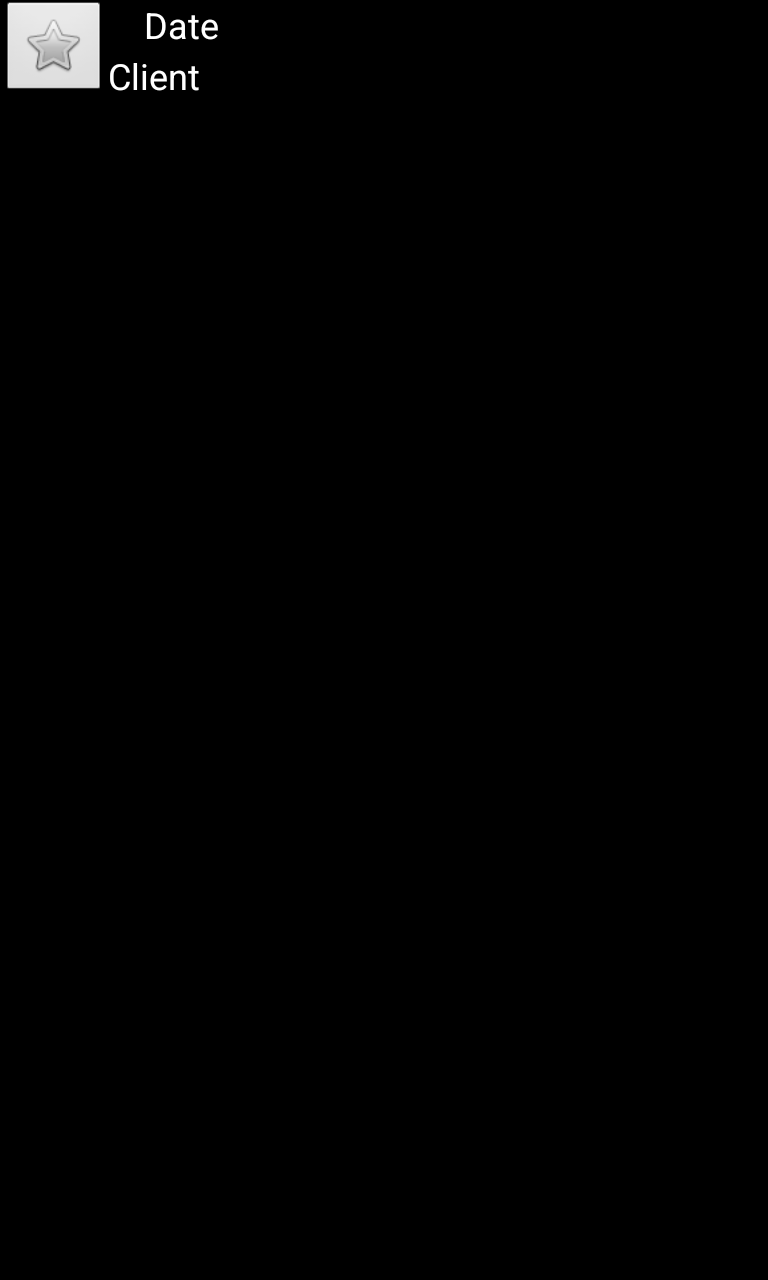
Repository: codingricky/android-expense-it
Layout: expenseit/res/layout/receiptlistrow.xml
The author's editor kept a copy of each file at every save. The layout is drawn from the files as they stood at one save, then again after the next save.
It is drawn on a 768 x 1280 px phone screen (xhdpi) without system bars, with theme android:Theme; the app's code is not run.

Above is the layout before, as saved 2012-05-01 21:06:25.

### expenseit/res/layout/receiptlistrow.xml
<?xml version="1.0" encoding="utf-8"?>
    <RelativeLayout xmlns:android="http://schemas.android.com/apk/res/android"
        android:id="@+id/relativeLayout1"
        android:layout_width="fill_parent"
        android:layout_height="fill_parent" >

        <ImageButton
            android:id="@+id/imageReceiptRow"
            android:layout_width="wrap_content"
            android:layout_height="wrap_content"
            android:layout_alignParentLeft="true"
            android:layout_alignParentTop="true"
            android:src="@android:drawable/btn_star" />

        <TextView
            android:id="@+id/dateReceiptRow"
            android:layout_width="wrap_content"
            android:layout_height="wrap_content"
            android:layout_alignParentTop="true"
            android:layout_marginLeft="18dp"
            android:layout_toRightOf="@+id/imageReceiptRow"
            android:text="Date"
            android:textAppearance="?android:attr/textAppearanceMedium" />

        <TextView
            android:id="@+id/clientReceiptRow"
            android:layout_width="wrap_content"
            android:layout_height="wrap_content"
            android:layout_alignBottom="@+id/imageReceiptRow"
            android:layout_alignLeft="@+id/clientReceiptRow"
                        android:layout_toRightOf="@+id/imageReceiptRow"

            android:text="Client"
            android:textAppearance="?android:attr/textAppearanceMedium" />

    </RelativeLayout>

After the next save:
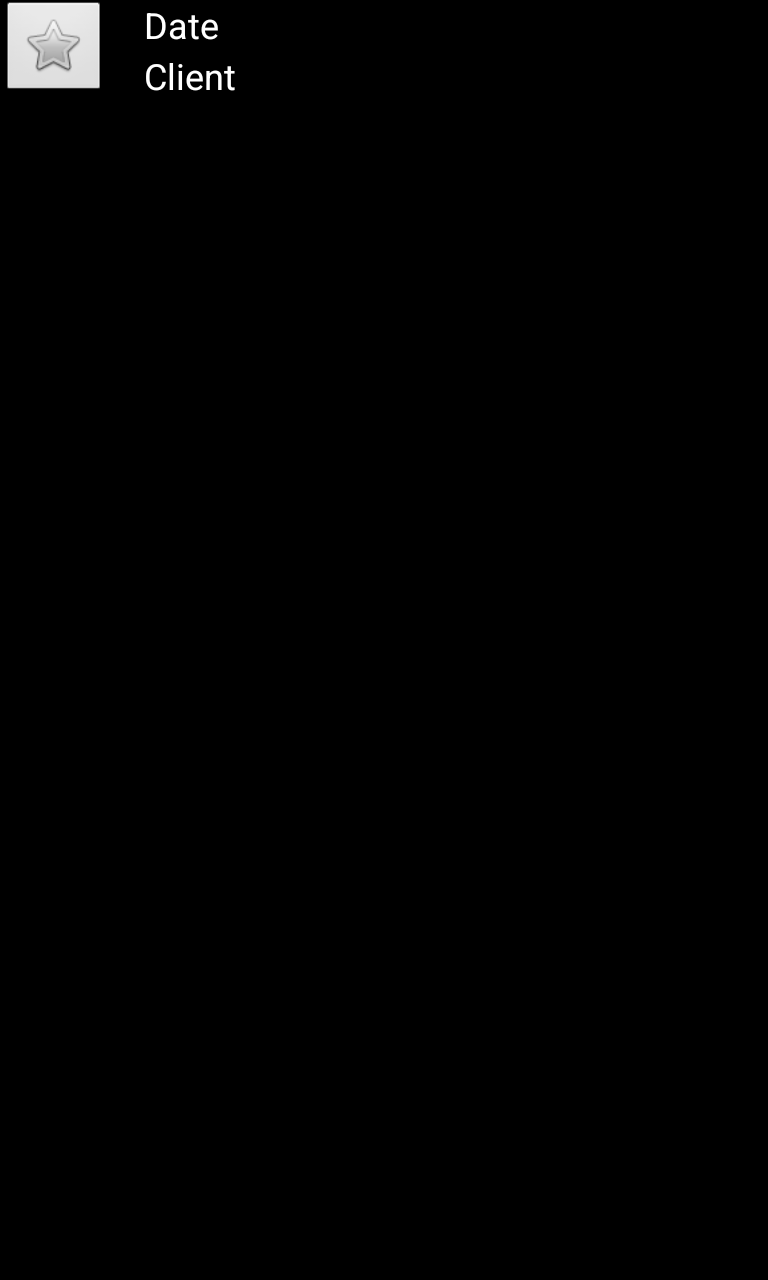
Saved 9 s later.
--- a/expenseit/res/layout/receiptlistrow.xml
+++ b/expenseit/res/layout/receiptlistrow.xml
@@ -27,9 +27,7 @@
             android:layout_width="wrap_content"
             android:layout_height="wrap_content"
             android:layout_alignBottom="@+id/imageReceiptRow"
-            android:layout_alignLeft="@+id/clientReceiptRow"
-                        android:layout_toRightOf="@+id/imageReceiptRow"
-
+            android:layout_alignLeft="@+id/dateReceiptRow"
             android:text="Client"
             android:textAppearance="?android:attr/textAppearanceMedium" />
 
